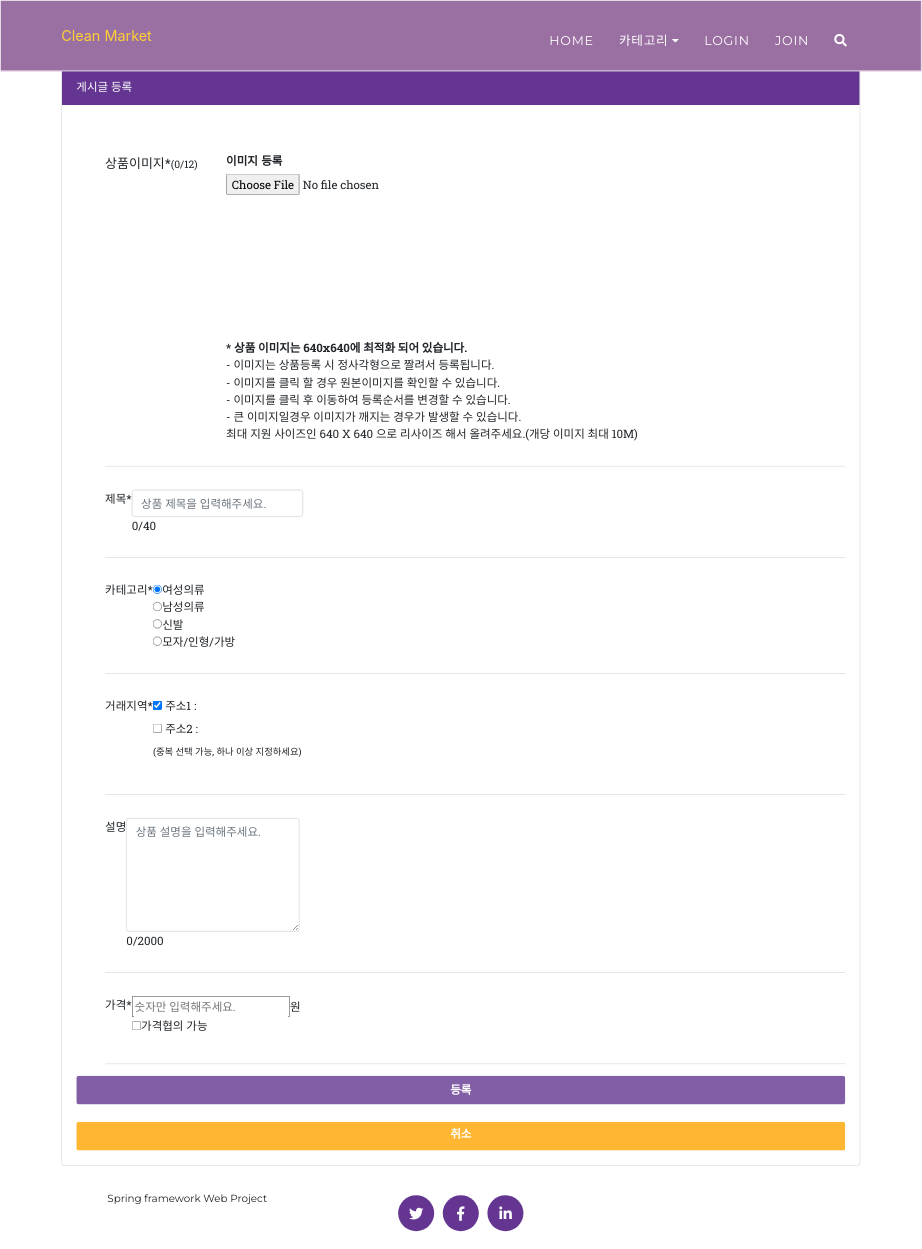
Repository: mim-mim-ji/Cleanmarket_web
Page: http://localhost/CleanMarket/WEB-INF/views/item/write.jsp
These files come from the project's save history. The page is drawn as it stood at one moment and after the next save; the edit follows.
The browser window is 1280 px wide. The pictures show the whole page, at 72% of full size.
Some web fonts or font styles are not loaded; a fallback is used. The page is served by Tomcat 9. Nobody is signed in. Other server files are loaded and not shown. The template is opened directly, without the code that normally fills it, so the values that code supplies are empty.

Above is the page before, as saved 2021-03-22 15:30:42.

### CleanMarket/src/main/webapp/WEB-INF/views/item/write.jsp
<%@ page language="java" contentType="text/html; charset=UTF-8"
	pageEncoding="UTF-8"%>
<%@ taglib prefix="c" uri="http://java.sun.com/jsp/jstl/core"%>
<%@ taglib prefix="fmt" uri="http://java.sun.com/jsp/jstl/fmt"%>
<jsp:include page="../include/header.jsp" />


<style>
header.masthead {
	display: none;
}

ul {
    display: block;
    list-style-type: disc;
    margin-block-start: 1em;
    margin-block-end: 1em;
    margin-inline-start: 0px;
    margin-inline-end: 0px;
    padding-inline-start: 40px;
}

.bphXry {
	width: 100%;
	display: flex;
	padding: 2rem 0px;
	border-bottom: 1px solid rgb(220, 219, 228);
}

.bBKMEo {
    width: 10.5rem;
    font-size: 18px;
}

</style>
<br>
<br>

<div class="container">
	<div class="row">
		<div class="col-lg-12">
			<div class="card">
				<div class="card-header text-white"
					style="background-color: #643691;">게시글 등록</div>
				<div class="card-body">

					<form name="writeForm" role="form" method="post" onsubmit="return check()">
					<input type="hidden" name="memNo" value="${login.memNo}">
						<ul class="sc-kqEXUp jMkGB">
							<li class="sc-gxbSSY bphXry">
								<div class="sc-bXopBW bBKMEo">
									상품이미지<span>*</span><small>(0/12)</small>
								</div>
								<div class="sc-hhaNoI buTCOV">

									<h6>이미지 등록</h6>
									<input type="file" name="profile_pt" id="profile_pt" accept="image/jpg, image/jpeg, image/png"
										onchange="previewImage(this,'View_area')">

									<div id='View_area'
										style='position: relative; width: 200px; height: 200px; color: black; border: 0px solid black; dispaly: inline;'></div>

									<div class="sc-fjdPjP iozzGC">
											<b>* 상품 이미지는 640x640에 최적화 되어 있습니다.</b><br>- 이미지는 상품등록 시
											정사각형으로 짤려서 등록됩니다.<br>- 이미지를 클릭 할 경우 원본이미지를 확인할 수 있습니다.<br>-
											이미지를 클릭 후 이동하여 등록순서를 변경할 수 있습니다.<br>- 큰 이미지일경우 이미지가 깨지는
											경우가 발생할 수 있습니다.<br>최대 지원 사이즈인 640 X 640 으로 리사이즈 해서
											올려주세요.(개당 이미지 최대 10M)
										</div>
								</div>
							</li>
							<li class="sc-gxbSSY bphXry">
								<div class="sc-bXopBW gxnpCB">제목<span>*</span>
								</div>
								<div class="sc-hhaNoI buTCOV">
									<div class="sc-hokXgN hcrSpf">
										<div class="sc-gneEKw dBgbVT">
											<input type="text" name="itemTitle" class="form-control tooltipstered"
											required placeholder="상품 제목을 입력해주세요.">
										</div>
										<div class="sc-boCWhm hBajsm">0/40</div>
									</div>
								</div></li>
							<li class="sc-gxbSSY bphXry"><div class="sc-bXopBW DTAYM">
									카테고리<span>*</span>
								</div>
								<div class="sc-hhaNoI buTCOV">
									<div class="sc-hXhGGG XXBMH">
										<div id="itemCategory">
											<input type="radio" name="itemCategory" value="여성의류" checked>여성의류<br>
											<input type="radio" name="itemCategory" value="남성의류">남성의류<br>
											<input type="radio" name="itemCategory" value="신발">신발<br>
											<input type="radio" name="itemCategory" value="모자/인형/가방">모자/인형/가방<br>
										</div>
									</div>
								</div></li>
							<li class="sc-gxbSSY bphXry"><div class="sc-bXopBW gxnpCB">
									거래지역<span>*</span>
								</div>
								<div class="sc-hhaNoI buTCOV">
									<div class="sc-cIsjWt etcNyM" >
										<label> <input name="itemFiradd" readonly
											type="checkbox" value="${login.memFiradd }" checked> 주소1 : ${login.memFiradd }
										</label><br>
										<label> <input name="itemSecadd" readonly
											type="checkbox" value="${login.memSecadd }"> 주소2 : ${login.memSecadd }
										</label>
									</div>
									<p style="font-size: small;">(중복 선택 가능, 하나 이상 지정하세요)</p>
								</div></li>


							<li class="sc-gxbSSY bphXry"><div class="sc-bXopBW edUXQu">설명</div>
								<div class="sc-hhaNoI buTCOV">
									<textarea name="itemContent" placeholder="상품 설명을 입력해주세요." rows="6"
										class="form-control tooltipstered" required></textarea>
									<div class="sc-eqGige gTqRab">
										<div class="sc-kUQWMX giYAKW">0/2000</div>
									</div>
								</div></li>

							<li class="sc-gxbSSY bphXry"><div class="sc-bXopBW gxnpCB">
									가격<span>*</span>
								</div>
								<div class="sc-hhaNoI buTCOV">
									<div class="sc-fxMfqs hGKuJO">
										<input type="text" name="itemPrice" placeholder="숫자만 입력해주세요."
											required>원
									</div>
									<div class="sc-eIvgmF fxEngV">
										<div class="sc-jklikK htQzEY">
											<label for="contactHope" class="sc-bkypNX gHNpNK">
												<input name="itemPriceOption" type="checkbox">가격협의 가능</label>
										</div>
									</div>
								</div></li>

						</ul>
						<input type="submit" value="등록" class="btn form-control" id="itemWrite-btn"
							style="background-color: #643691; margin-top: 0; height: 40px; color: white; border: 0px solid #f78f24; opacity: 0.8">
						&nbsp;&nbsp;
						<a class="btn form-control" href="<c:url value='/item/item_list'/>"
							style="cursor: pointer; margin-top: 0; height: 40px; color: white; background-color: orange; border: 0px solid #388E3C; opacity: 0.8">취소</a>
					</form>
				</div>
			</div>
		</div>
	</div>
</div>

<script>

	//이미지
	function previewImage(targetObj, View_area) {
		var preview = document.getElementById(View_area); //div id
		var ua = window.navigator.userAgent;

		//ie일때(IE8 이하에서만 작동)
		if (ua.indexOf("MSIE") > -1) {
			targetObj.select();
			try {
				var src = document.selection.createRange().text; // get file full path(IE9, IE10에서 사용 불가)
				var ie_preview_error = document
						.getElementById("ie_preview_error_" + View_area);

				if (ie_preview_error) {
					preview.removeChild(ie_preview_error); //error가 있으면 delete
				}

				var img = document.getElementById(View_area); //이미지가 뿌려질 곳

				//이미지 로딩, sizingMethod는 div에 맞춰서 사이즈를 자동조절 하는 역할
				img.style.filter = "progid:DXImageTransform.Microsoft.AlphaImageLoader(src='"
						+ src + "', sizingMethod='scale')";
			} catch (e) {
				if (!document.getElementById("ie_preview_error_" + View_area)) {
					var info = document.createElement("<p>");
					info.id = "ie_preview_error_" + View_area;
					info.innerHTML = e.name;
					preview.insertBefore(info, null);
				}
			}
			//ie가 아닐때(크롬, 사파리, FF)
		} else {
			var files = targetObj.files;
			for (var i = 0; i < files.length; i++) {
				var file = files[i];
				var imageType = /image.*/; //이미지 파일일경우만.. 뿌려준다.
				if (!file.type.match(imageType))
					continue;
				var prevImg = document.getElementById("prev_" + View_area); //이전에 미리보기가 있다면 삭제
				if (prevImg) {
					preview.removeChild(prevImg);
				}
				var img = document.createElement("img");
				img.id = "prev_" + View_area;
				img.classList.add("obj");
				img.file = file;
				img.style.width = '200px';
				img.style.height = '200px';
				preview.appendChild(img);
				if (window.FileReader) { // FireFox, Chrome, Opera 확인.
					var reader = new FileReader();
					reader.onloadend = (function(aImg) {
						return function(e) {
							aImg.src = e.target.result;
						};
					})(img);
					reader.readAsDataURL(file);
				} else { // safari is not supported FileReader
					//alert('not supported FileReader');
					if (!document.getElementById("sfr_preview_error_"
							+ View_area)) {
						var info = document.createElement("p");
						info.id = "sfr_preview_error_" + View_area;
						info.innerHTML = "not supported FileReader";
						preview.insertBefore(info, null);
					}
				}
			}
		}
	}
</script>



<jsp:include page="../include/footer.jsp" />

### CleanMarket/src/main/webapp/WEB-INF/views/include/header.jsp
<%@ page language="java" contentType="text/html; charset=UTF-8"
	pageEncoding="UTF-8"%>
<%@ taglib prefix="c" uri="http://java.sun.com/jsp/jstl/core"%>
<!DOCTYPE html>
<html lang="ko">
<head>

<meta charset="UTF-8">
<meta content="width=device-width, initial-scale=1.0" name="viewport">
<meta content="" name="description">
<meta content="" name="keywords">

<title>CleanMarket</title>


<!-- Bootstrap core CSS -->
  <link rel="stylesheet" href="<c:url value='/vendor/bootstrap/css/bootstrap.min.css'/>">

  <!-- Custom fonts for this template -->
  <link rel="stylesheet" type="text/css" href="<c:url value='/vendor/fontawesome-free/css/all.min.css'/>" >
  <link href="https://fonts.googleapis.com/css?family=Montserrat:400,700" rel="stylesheet" type="text/css">
  <link href='https://fonts.googleapis.com/css?family=Kaushan+Script' rel='stylesheet' type='text/css'>
  <link href='https://fonts.googleapis.com/css?family=Droid+Serif:400,700,400italic,700italic' rel='stylesheet' type='text/css'>
  <link href='https://fonts.googleapis.com/css?family=Roboto+Slab:400,100,300,700' rel='stylesheet' type='text/css'>

  <!-- Custom styles for this template -->
  <link rel="stylesheet" href="<c:url value='/css/agency.min.css'/>" >

  <!-- Bootstrap core JavaScript -->
  <script src="<c:url value='/vendor/jquery/jquery.min.js'/>"></script>
  <script src="<c:url value='/vendor/bootstrap/js/bootstrap.bundle.min.js'/>"></script>


  <!-- Plugin JavaScript -->
  <script src="<c:url value='/vendor/jquery-easing/jquery.easing.min.js'/>"></script>
  <script type="text/javascript" src="https://cdn.jsdelivr.net/jquery.validation/1.16.0/jquery.validate.min.js"></script>

  <!-- Contact form JavaScript -->
  <script src="<c:url value='/js/jqBootstrapValidation.js'/>"></script>

</head>

<body id="page-top">


	<!-- Navigation -->
  <nav class="navbar navbar-expand-lg navbar-light fixed-top" id="mainNav">
    <div class="container">
      <a class="navbar-brand" href="/cleanmarket">
      	Clean Market
      </a>
      <button class="navbar-toggler navbar-toggler-right" type="button" data-toggle="collapse" data-target="#navbarResponsive">
        메뉴
        <i class="fas fa-bars"></i>
      </button>

      <div class="collapse navbar-collapse" id="navbarResponsive">
        <ul class="navbar-nav text-uppercase ml-auto">
          <li class="nav-item">
            <a class="nav-link js-scroll-trigger" href="/cleanmarket">HOME</a>
          </li>

          <li class="nav-item dropdown">
            <a class="nav-link js-scroll-trigger dropdown-toggle"  data-toggle="dropdown">카테고리</a>
            <div class="dropdown-menu" id="category-select">
		        <input type="button"  name="category" value="여성의류" class="dropdown-item dropdown-toggle" data-toggle="dropdown">

		        <input type="button"  name="category" value="남성의류" class="dropdown-item dropdown-toggle" data-toggle="dropdown">

		        <input type="button"  name="category" value="신발" class="dropdown-item dropdown-toggle" data-toggle="dropdown">

		        <input type="button"  name="category" value="모자/인형/가방" class="dropdown-item dropdown-toggle" data-toggle="dropdown">

		    </div>
          </li>
          <c:if test="${login == null}" >
          	<li class="nav-item">
            	<a class="nav-link js-scroll-trigger" href="<c:url value='/login' />">LOGIN</a>
         	</li>
          </c:if>
          <c:if test="${login == null}" >
          	<li class="nav-item">
            	<a class="nav-link js-scroll-trigger" href="<c:url value='/join_type_select' />">JOIN</a>
          	</li>
          </c:if>
          <c:if test="${login != null}" >
	          <li class="nav-item">
	            <a class="nav-link js-scroll-trigger" href="<c:url value='/mypage'/>">MYPAGE</a>
	          </li>
	          <li class="nav-item">
	            <a class="nav-link js-scroll-trigger" href="/cleanmarket/logout" onclick="return confirm('로그아웃 하시겠습니까?')">LOGOUT</a>
	          </li>
	          <li class="nav-item">
	            <a class="nav-link js-scroll-trigger" href="#">NOTICE</a>
	          </li>
	          <li class="nav-item">
          </c:if>
          <li class="nav-item">
            <a class="nav-link js-scroll-trigger" data-toggle="modal" data-target="#search"><i class="fas fa-search"></i></a>
          </li>

        </ul>
      </div>
    </div>
  </nav><br><br>

  <script>
  		$(function() {

  			//카테고리 버튼 눌렀을 때 처리
  			$("#category-select .dropdown-toggle").click(function() {
  				let category = $(this).val();
  				location.href="/cleanmarket/item/category?category=" + category;
  			});
		})

  </script>

  <%@ include file="../include/search_modal.jsp" %>

### CleanMarket/src/main/webapp/WEB-INF/views/include/search_modal.jsp
<%@ page language="java" contentType="text/html; charset=UTF-8"
	pageEncoding="UTF-8"%>
<%@ taglib prefix="c" uri="http://java.sun.com/jsp/jstl/core"%>
<%@ taglib prefix="fmt" uri="http://java.sun.com/jsp/jstl/fmt"%>

<!-- 검색 Modal-->
<div class="modal fade" id="search">
	<div class="modal-dialog">
		<div class="modal-content" >
			<form action="<c:url value='/search' />">
				<input type="text" name="keyword" placeholder="검색어를 입력하세요"
				style="width: 90%; padding-left: 10px; height: 50px"> &nbsp;
				<button type="submit" style="background: transparent; border: none">
					<i class="fas fa-search" id="search-btn" style="height: 30px; color: green; "></i>
				</button>
			</form>
		</div>
	</div>
</div>

### CleanMarket/src/main/webapp/WEB-INF/views/include/footer.jsp
<%@ page language="java" contentType="text/html; charset=UTF-8"
	pageEncoding="UTF-8"%>
<!-- Footer -->
  <footer>
    <div class="container">
      <div class="row">
        <div class="col-md-4">
          <span class="copyright">Spring framework Web Project</span>
        </div>
        <div class="col-md-4">
          <ul class="list-inline social-buttons">
            <li class="list-inline-item">
              <a href="#" style="background-color: #643691;">
                <i class="fab fa-twitter"></i>
              </a>
            </li>
            <li class="list-inline-item">
              <a href="#" style="background-color: #643691;">
                <i class="fab fa-facebook-f"></i>
              </a>
            </li>
            <li class="list-inline-item">
              <a href="#" style="background-color: #643691;">
                <i class="fab fa-linkedin-in"></i>
              </a>
            </li>
          </ul>
        </div>
      </div>
    </div>
  </footer>

<a href="#" class="back-to-top"><i class="icofont-simple-up"></i></a>

</body>
</html>

Loaded but not shown: CleanMarket/src/main/webapp/resources/css/agency.min.css (library); CleanMarket/src/main/webapp/resources/js/jqBootstrapValidation.js (937 lines, source omitted)

After the next save:
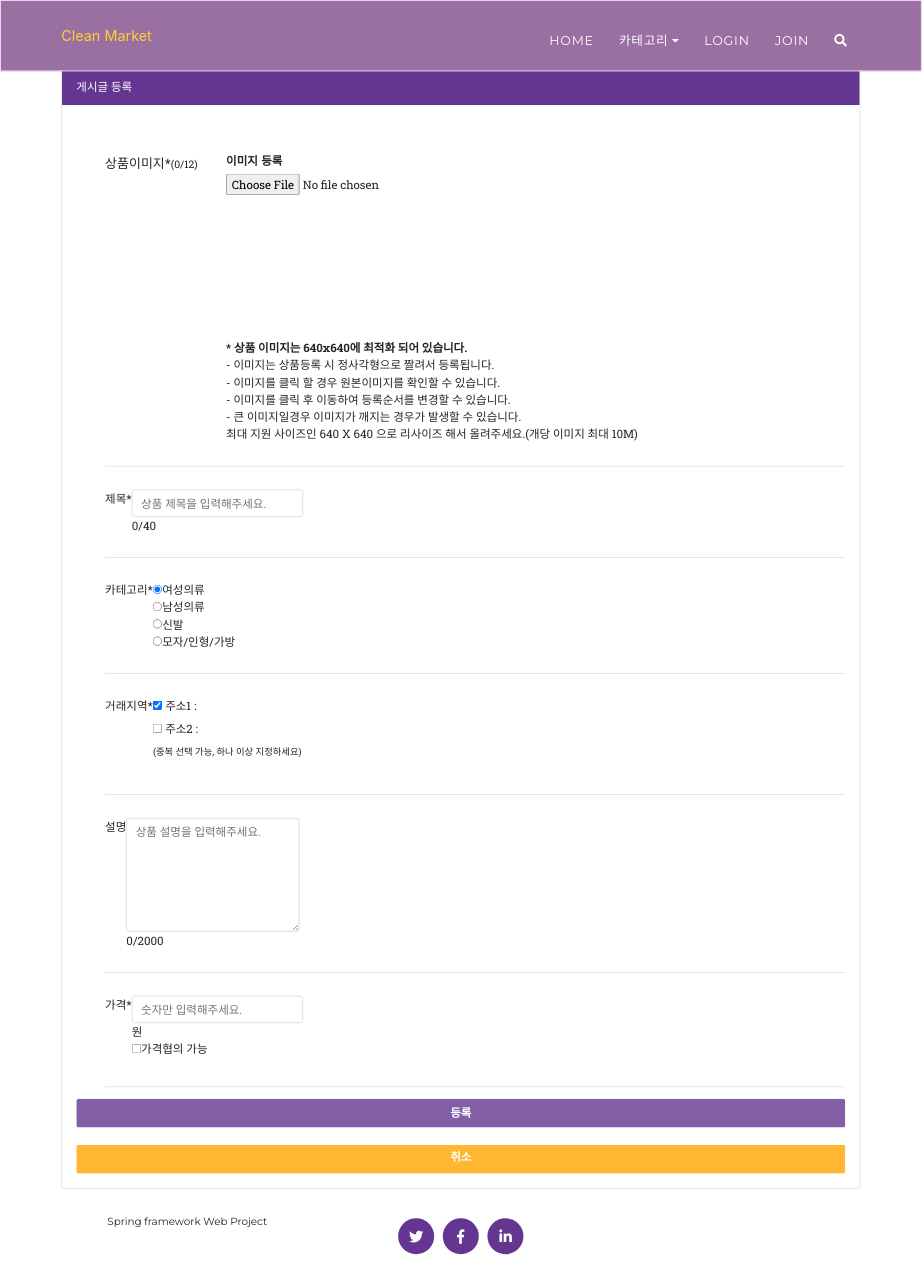
Saved 74 s later.
--- a/CleanMarket/src/main/webapp/WEB-INF/views/item/write.jsp
+++ b/CleanMarket/src/main/webapp/WEB-INF/views/item/write.jsp
@@ -125,7 +125,7 @@ ul {
 								<div class="sc-hhaNoI buTCOV">
 									<div class="sc-fxMfqs hGKuJO">
 										<input type="text" name="itemPrice" placeholder="숫자만 입력해주세요."
-											required>원
+											class="form-control tooltipstered" required><div float: left;>원</div>
 									</div>
 									<div class="sc-eIvgmF fxEngV">
 										<div class="sc-jklikK htQzEY">
